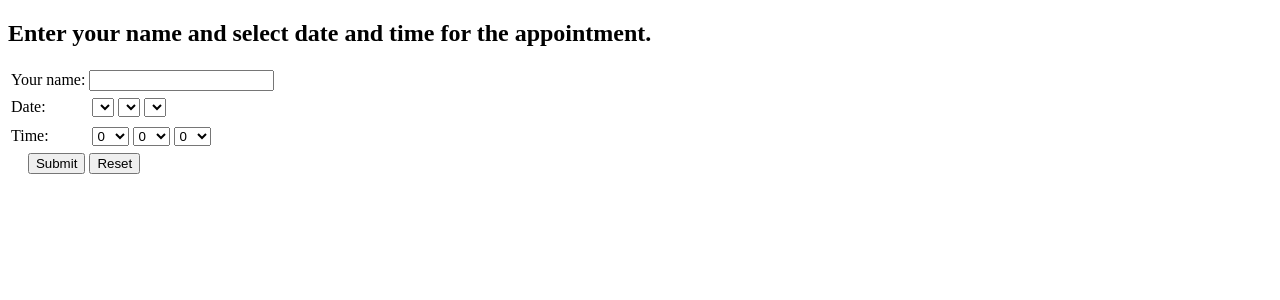
Repository: haitranduc4270/Book_store
Page: http://localhost/P3_Lab05_framework/Lab hằng tuần/Lab2.2/Exercise_DateTime/DateTime.php
The author's editor kept a copy of each file at every save. The page is drawn from the files as they stood at one save, then again after the next save.
The browser window is 1280 px wide. The pictures show the whole page.
The page is run by PHP 8.4 with error messages shown; the project is at /var/www/html/.

Above is the page before, as saved 2022-04-25 07:57:23.

After the next save:
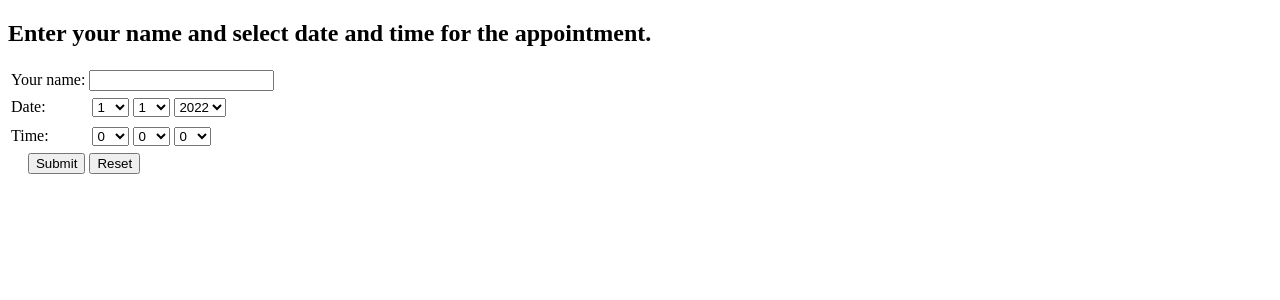
Saved 6 min 53 s later.
--- a/Lab hằng tuần/Lab2.2/Exercise_DateTime/DateTime.php
+++ b/Lab hằng tuần/Lab2.2/Exercise_DateTime/DateTime.php
@@ -22,9 +22,28 @@
                 <td>
                     <table>
                         <tr>
-                            <td><select name="date" id="date"></select></td>
-                            <td><select name="month" id="month"></select></td>
-                            <td><select name="year" id="year"></select></td>
+                            <td><select name="day" id="day">
+                                    <?php
+                                    for($i = 1; $i < 32; $i++) {
+                                        print ("<option>$i</option>");
+                                    }
+                                ?>
+                                </select></td>
+                            <td><select name="month" id="month">
+                                    <?php
+                                    for($i = 1; $i < 13; $i++) {
+                                        print ("<option>$i</option>");
+                                    }
+                                ?>
+                                </select></td>
+                            <td><select name="year" id="year">
+                                    <?php
+                                    for($i = 1900; $i < 2022; $i++) {
+                                        print ("<option>$i</option>");
+                                    }
+                                    print ("<option selected>2022</option>");
+                                ?>
+                                </select></td>
                         </tr>
                     </table>
                 </td>
